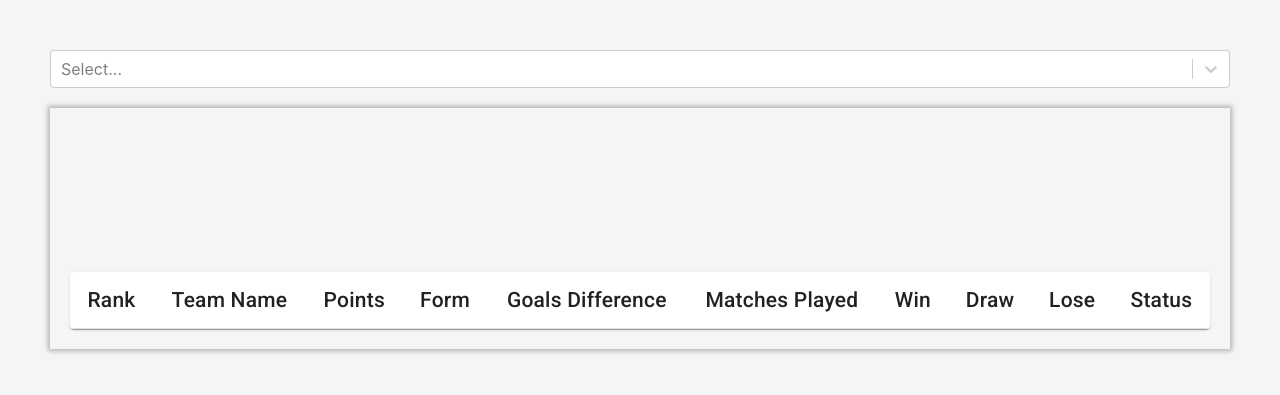
Repository: JorSargsyan/FootballApp
Page: /
The author's editor kept a copy of each file at every save. The page is drawn from the files as they stood at one save, then again after the next save.
The browser window is 1280 px wide. The pictures show the whole page.
The page's requests for data from a server got no answer. The project was rebuilt for these pictures with package versions that can differ from the ones it lists, and the page was loaded fresh each time. No one was signed in, and anything a server would have sent is missing.

Above is the page before, as saved 2019-07-13 17:11:29.

After the next save:
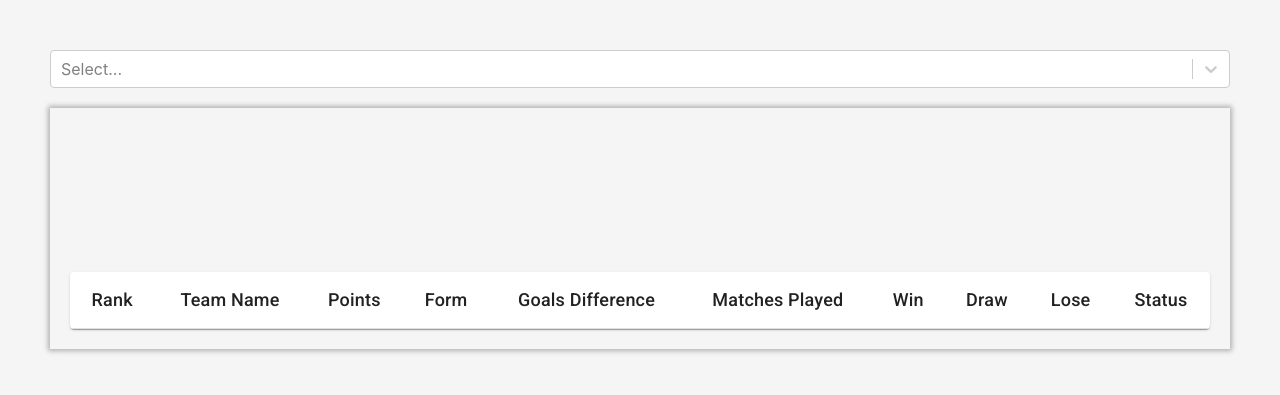
Saved 28 s later.
--- a/src/components/common/Table.js
+++ b/src/components/common/Table.js
@@ -21,14 +21,14 @@ const useStyles = makeStyles(theme => ({
       alignItems:"center"
   },
   tableTd:{
-    fontSize:"21px",
+    fontSize:"18px",
     textAlign: "center"
   },
   tableFlexTd:{
     display: "flex",
     justifyContent: "space-between",
     alignItems: "center",
-    fontSize:"21px",
+    fontSize:"18px",
     textAlign: "center"
   }
 }));
